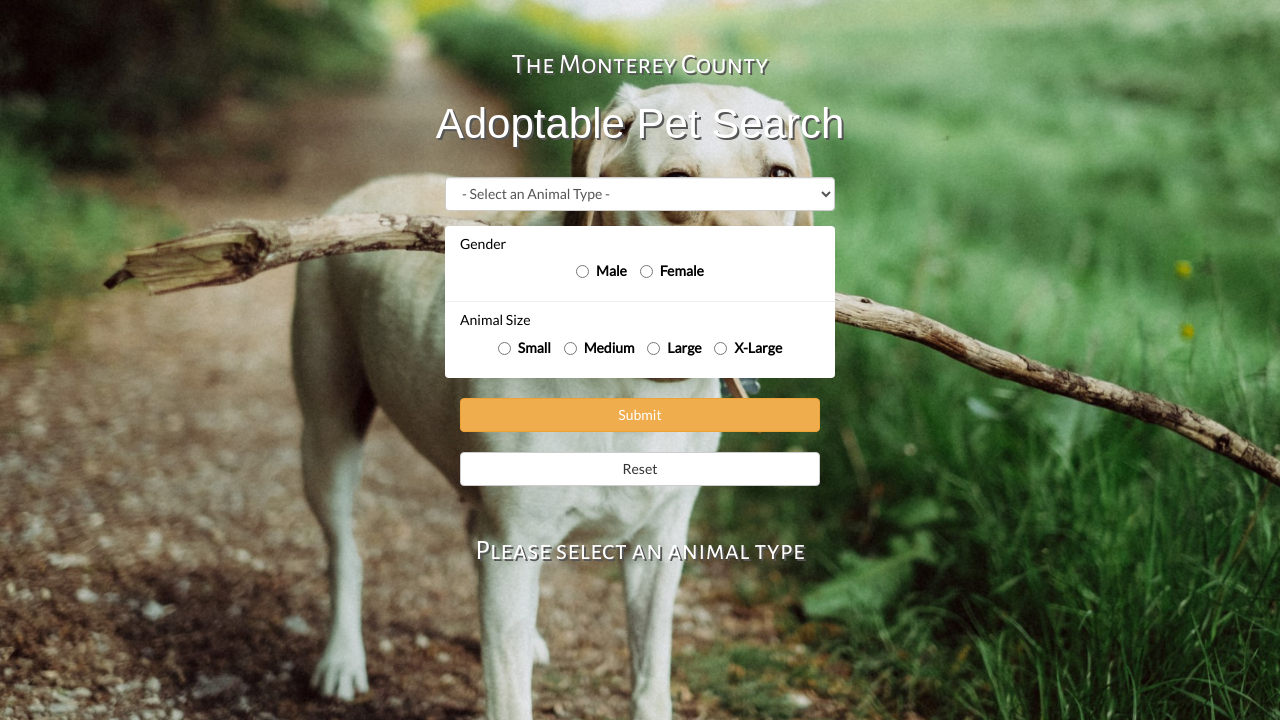
Repository: maliking/making
Page: http://localhost/hw/hw3/index.php
The author's editor kept a record of every edit. The page is drawn from the files as they stood at one moment, then again after the next edit.
The browser window is 1280 px wide. The pictures show the whole page.
Some web fonts or font styles are not loaded; a fallback is used. Some web libraries are served in a nearby version. The page is run by PHP 8.4 with error messages shown; the project is at /var/www/html/.

Above is the page before.

### hw/hw3/index.php
<?php
    if (isset($_GET["animal"])) {
        $backgroundImage = "img/" . $_GET['animal'] . ".jpg";
    } else {
        $backgroundImage = "img/dog.jpg";
    }
?>

<!DOCTYPE html>
<html>
    <head>
        <title> HW3 | Monterey Adoptable Pet Search </title>
        <link href="https://maxcdn.bootstrapcdn.com/bootstrap/3.3.7/css/bootstrap.min.css" rel="stylesheet" integrity="sha384-BVYiiSIFeK1dGmJRAkycuHAHRg32OmUcww7on3RYdg4Va+PmSTsz/K68vbdEjh4u" crossorigin="anonymous">
        <link href="https://fonts.googleapis.com/css?family=Alegreya+Sans+SC|Lato|Patua+One" rel="stylesheet">
        <link href="css/style.css" rel="stylesheet">
        <style>
            body {
                background-image: url("<?=$backgroundImage?>");
            }
        </style>
    </head>
    <body>
        <div class="container">
            <div class="row">
                <form method="GET" class="form-horizontal">
                <h2>The Monterey County</h2><h1>Adoptable Pet Search</h1>
                <div class="col-xs-12 col-lg-4 col-lg-offset-4">
                    <div class="form-group">
                        <select name="animal" class="form-control">
                            <option selected="true" disabled="disabled">- Select an Animal Type -</option>
                            <option value="dog">Dog</option>
                            <option value="cat">Cat</option>
                            <option value="horse">Horse</option>
                            <option value="bird">Bird</option>
                            <option value="reptile">Reptile</option>
                            <option value="smallfurry">Small Furry</option>
                            <option value="barnyard">Barnyard</option>
                        </select>
                    </div>
                </div>
            </div> <!-- end dropdown row -->
            <div class="row">
                <div class="col-xs-12 col-lg-4 col-lg-offset-4 top">
                    <h5>Gender</h5>
                    <div class="form-group text-center">
                        <div class="radio-inline">
                            <label><input type="radio" name="sex" value="M">Male</label>
                        </div>
                        <div class="radio-inline">
                            <label><input type="radio" name="sex" value="F">Female</label>
                        </div>
                    </div>
                </div>
            </div> <!-- end gender row -->
            <div class="row">
                <div class="col-xs-12 col-lg-4 col-lg-offset-4 bottom">
                    <h5>Animal Size</h5>
                    <div class="form-group text-center">
                        <div class="radio-inline">
                            <label><input type="radio" name="size" value="S">Small</label>
                        </div>
                        <div class="radio-inline">
                            <label><input type="radio" name="size" value="M">Medium</label>
                        </div>
                        <div class="radio-inline">
                            <label><input type="radio" name="size" value="L">Large</label>
                        </div>
                        <div class="radio-inline">
                            <label><input type="radio" name="size" value="XL">X-Large</label>
                        </div>
                    </div>
                </div>
            </div>
                <div class="row">
                    <div class="col-xs-12 col-lg-4 col-lg-offset-4">
                        <input type="submit" class="btn btn-warning btn-block" value="Submit">
                    </div>
                    <div class="col-xs-12 col-lg-4 col-lg-offset-4">
                        <input type="reset" class="btn btn-default btn-block" value="Reset">
                    </div>
                </div>
                 </form>
        </div> <!-- end container -->

    <div class="container-fluid" id="pets_container">
        <?php
            if (isset($_GET["animal"])) { // if form submitted, continue
                $animal = $_GET["animal"];

                include 'api/petfinderAPI.php';

                $pets = getImageURLs($animal, $_GET["age"], $_GET["size"], $_GET["sex"]);

                foreach($pets as $value){
                    echo "<div class='row pet_row'>";
                        echo "<div class='col-lg-6 col-lg-offset-3 pet_column'>";
                            echo "<div class='col-lg-2'>";
                                echo "<a href='" . $value['url'] . "'><img class='pet_image' src='". $value['img_url'] . "'></a>";
                            echo "</div>"; // col-lg-2
                            echo "<div class='col-lg-10'>";
                                echo "<a href='" . $value['url'] . "'><h4>" . $value['name'] . "</h4></a>";
                                echo "<h5>Age: " . $value['age'] . "</h5>";
                                if ($value['sex'] == "F") {
                                    echo "<h5 class='female'>Gender: Female</h5>";
                                } else if ($value['sex'] == "M") {
                                    echo "<h5 class='male'>Gender: Male</h5>";
                                }
                                switch ($value["size"]) {
                                    case 'S':
                                        echo "<h5>Size: Small</h5>";
                                        break;
                                    case 'M':
                                        echo "<h5>Size: Medium</h5>";
                                        break;
                                    case 'L':
                                        echo "<h5>Size: Large</h5>";
                                        break;
                                    case 'XL':
                                        echo "<h5>Size: X-Large</h5>";
                                        break;
                                }

                                echo "<p>";
                                echo $value['description'];
                                echo "</p>";
                            echo "</div>"; // col-lg-10
                        echo "</div>"; // col-lg-6 col-lg-offset-3 pet_column
                    echo "</div>"; // row pet_row

            }


            } else {  // if the form has not been submitted, echo the directions
                    echo "<h2> Please select an animal type</h2>";
            }
        ?>

    </div>

    <script src="https://ajax.googleapis.com/ajax/libs/jquery/3.2.1/jquery.min.js"></script>
    <script src="https://maxcdn.bootstrapcdn.com/bootstrap/3.3.7/js/bootstrap.min.js" integrity="sha384-Tc5IQib027qvyjSMfHjOMaLkfuWVxZxUPnCJA7l2mCWNIpG9mGCD8wGNIcPD7Txa" crossorigin="anonymous"></script>
    </body>
</html>

### hw/hw3/css/style.css
body {
    background-repeat: no-repeat;
    background-size: cover;
    background-attachment: fixed;
    font-family: 'Lato', sans-serif;
    color: black;
    margin-top: 30px;
}

h2 {
    text-align: center;
    font-size: 2em;
    font-family: 'Alegreya Sans SC', sans-serif;
    color: white;
    text-shadow: 2px 2px #555;
}

h1 {
    text-align: center;
    margin-bottom: 30px;
    font-family: 'Patua One', sans-serif;
    color: white;
    font-size: 3em;
    text-shadow: 2px 2px #555;
}

.form-horizontal {
    margin-left: auto;
    margin-right: auto;
    display: block;
}

.pet_row {
    margin-bottom: 10px;
    padding-bottom: 10px;
}

.pet_column {
    padding: 20px;
    max-height: 180px;
    overflow-y: scroll;
    background-color: #fff;
    border-radius: 4px;
}

.pet_image {
    margin-left: auto;
    margin-right: auto;
}

h4 {
    margin-top: 0px;
}

#pets_container {
    margin-top: 30px;
}

.top {
    background-color: #fff;
    border-radius: 4px 4px 0px 0px;
}

.bottom {
    background-color: #fff;
    border-radius: 0px 0px 4px 4px;
    border-top: 1px #eee solid;
}

.btn-block {
    margin-top: 20px;
}

After the next edit:
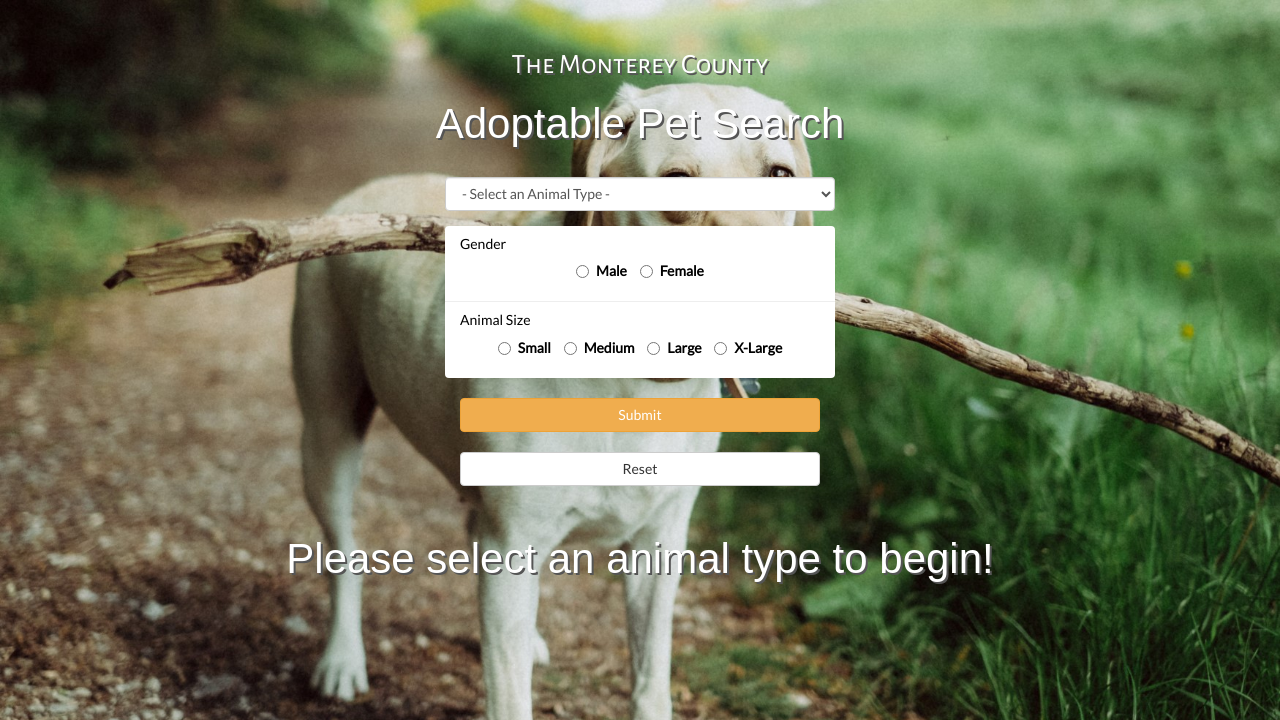
The edit:
--- a/hw/hw3/index.php
+++ b/hw/hw3/index.php
@@ -126,12 +126,9 @@
                             echo "</div>"; // col-lg-10
                         echo "</div>"; // col-lg-6 col-lg-offset-3 pet_column
                     echo "</div>"; // row pet_row
-
-            }
-
-
+                }
             } else {  // if the form has not been submitted, echo the directions
-                    echo "<h2> Please select an animal type</h2>";
+                echo "<h1> Please select an animal type to begin!</h1>";
             }
         ?>
 
